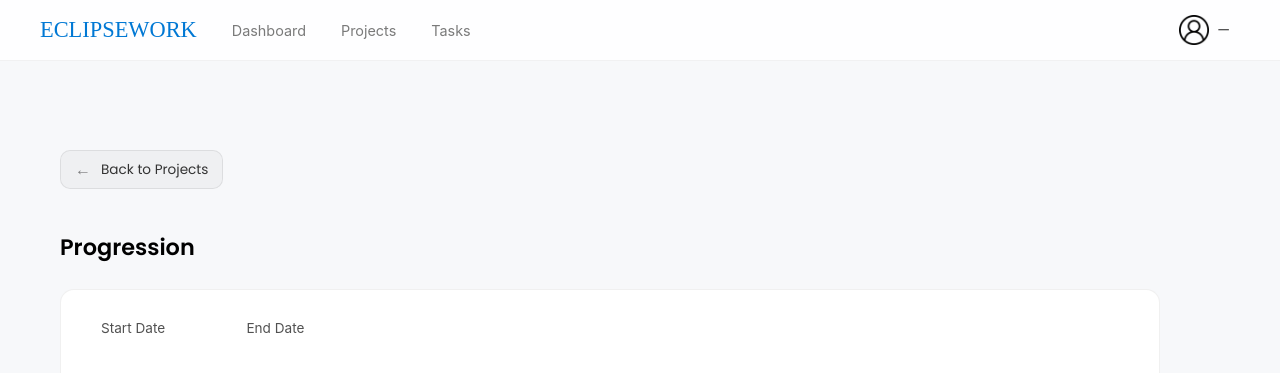
Repository: lynaannou/work-management-app
Page: src/main/resources/ressources/view/workspace.html
An editor plug-in stored every save of this project. The page is shown before and after a run of saves, followed by the edit.
The browser window is 1280 px wide. The pictures show the whole page.
Some web fonts or font styles are not loaded; a fallback is used.

Above is the page before, as saved 2025-12-25 11:17:44.

### src/main/resources/ressources/view/workspace.html
<!DOCTYPE html>
<html lang="fr">
<head>
    <meta charset="UTF-8" />
    <meta name="viewport" content="width=device-width, initial-scale=1.0" />
    <title>ECLIPSEWORK</title>
    <link rel="stylesheet" href="workspace.css" />
</head>

<body>

<!-- =====================================================
     REQUIRED ENTRY POINT FOR JAVA
     DO NOT RENAME
===================================================== -->
<script>
window.loadDashboard = function (data) {
    console.log("✅ loadDashboard CALLED");
    console.log(data);

    if (!data || !data.workspace) {
        console.error("❌ Invalid dashboard payload", data);
        return;
    }

    /* ===============================
       USER NAME
    =============================== */
    const userNameEl = document.querySelector(".user-name");
    if (data.leader && data.leader.firstName && data.leader.lastName) {
        userNameEl.textContent =
            data.leader.firstName + " " + data.leader.lastName;
    } else {
        userNameEl.textContent = "User";
    }

    /* ===============================
       EDIT BUTTON (ROLE-BASED)
    =============================== */
    requestAnimationFrame(() => {
        const editBtn = document.querySelector(".edit-btn");

        console.log("🔴 currentUserRole =", data.currentUserRole);

        if (!editBtn) {
            console.error("❌ edit-btn not found");
            return;
        }

        if (data.currentUserRole === "LEAD") {
            editBtn.style.display = "inline-flex";
            console.log("✏️ Edit button SHOWN");
        } else {
            editBtn.style.display = "none";
            console.log("🚫 Edit button hidden");
        }
    });

    /* ===============================
       TITLE
    =============================== */
    document.querySelector(".workspace-title").textContent =
        "Progression — " + data.workspace.name;

    /* ===============================
       TASKS
    =============================== */
    const tasksList = document.querySelector(".tasks-list");
    tasksList.innerHTML = "";

    if (!data.tasks || data.tasks.length === 0) {
        tasksList.innerHTML = "<p>No tasks available</p>";
        return;
    }

    data.tasks.forEach((task, i) => {
        const row = document.createElement("div");
        row.className = "task-row";

        const bar = document.createElement("div");
        bar.className = "task-bar";
        bar.textContent = task.title || "Untitled task";

        if (data.startPcts && data.endPcts) {
            bar.style.setProperty("--start", (data.startPcts[i] || 0) + "%");
            bar.style.setProperty("--end", (data.endPcts[i] || 0) + "%");
        }

        row.appendChild(bar);
        tasksList.appendChild(row);
    });

    /* ===============================
       TIMELINE
    =============================== */
    const header = document.querySelector(".chart-header");

    const keepStart = header.children[0];
    const keepEnd = header.children[header.children.length - 1];

    while (header.children.length > 2) {
        header.removeChild(header.children[1]);
    }

    if (data.dateLabels && data.dateLabels.length > 0) {
        data.dateLabels.forEach(date => {
            const span = document.createElement("span");
            span.textContent = date;
            header.insertBefore(span, keepEnd);
        });
    }
};
</script>

<!-- =========================
     HEADER / NAVBAR
========================= -->
<header>
    <div class="left-zone">
        <h1 class="logo-title">ECLIPSEWORK</h1>

        <nav>
            <a href="#" onclick="goDashboard()">Dashboard</a>
            <a href="#" onclick="goProjects()">Projects</a>
            <a href="#" onclick="goTasks()">Tasks</a>
        </nav>
    </div>

    <div class="user-zone">
        <img src="user.png" class="user-icon" />
        <span class="user-name">—</span>
    </div>
</header>

<!-- =========================
     MAIN CONTENT
========================= -->
<section class="workspace-container">
    <button class="back-btn" onclick="goProjects()">Back to Projects</button>

    <div class="workspace-actions">
        <button class="edit-btn" onclick="editProject()" style="display:none;">
            ✎ Edit Project
        </button>
    </div>

    <h2 class="workspace-title">Progression</h2>

    <div class="chart-container">
        <div class="chart-header">
            <span>Start Date</span>
            <span>End Date</span>
        </div>
        <div class="tasks-list"></div>
    </div>
</section>

<!-- =========================
     NAVIGATION
========================= -->
<script>
function goProjects() {
    if (window.java?.goProjects) window.java.goProjects();
}
function goDashboard() {
    if (window.java?.goDashboard) window.java.goDashboard();
}
function goTasks() {
    if (window.java?.goTasks) window.java.goTasks();
}

function editProject() {
    if (window.java?.navigateTo) {
        window.java.navigateTo("project-form.html");
    }
}
</script>

</body>
</html>

### src/main/resources/ressources/view/workspace.css
@import url('https://fonts.googleapis.com/css2?family=Poppins:wght@300;400;600&display=swap');
@import url('https://fonts.googleapis.com/css2?family=Italiana&display=swap');

/* ===============================
   GLOBAL
================================ */

body {
    margin: 0;
    font-family: 'Inter', sans-serif;
    color: #111;
    background: #f7f8fa; /* clean white / projects vibe */
}

/* ===============================
   HEADER
================================ */

header {
    position: fixed;
    top: 0;
    left: 0;
    width: 100vw;
    height: 60px;
    padding: 0 40px;

    display: flex;
    justify-content: space-between;
    align-items: center;

    background: rgba(255, 255, 255, 0.85);
    backdrop-filter: blur(6px);

    border-bottom: 1px solid rgba(0, 0, 0, 0.05);
    z-index: 100;
}

header .logo-title {
    font-family: 'Italiana', serif;
    font-weight: 400;
    font-size: 1.4rem;
    color: #0078D4;
}

.left-zone {
    display: flex;
    align-items: center;
    gap: 35px;
}

nav {
    display: flex;
    align-items: center;
    gap: 35px;
}

nav a {
    font-family: 'Inter', sans-serif;
    font-size: 0.9rem;
    text-decoration: none;
    color: #333;
    opacity: 0.65;
    transition: opacity 0.2s ease;
}

nav a:hover {
    opacity: 1;
}

.user-zone {
    display: flex;
    align-items: center;
    gap: 8px;
    position: relative;
    left: -90px;
}

.user-icon {
    width: 30px;
    height: 30px;
}

.user-name {
    font-family: 'Poppins', sans-serif;
    font-size: 0.9rem;
    color: #000;
    opacity: 0.8;
}

/* ===============================
   WORKSPACE CONTAINER
================================ */

.workspace-container {
    margin-top: 110px;
    padding: 40px 60px;
    color: #000;
    max-width: 1100px;
}

/* ===============================
   BACK BUTTON
================================ */

.back-btn {
    display: inline-flex;
    align-items: center;
    gap: 10px;

    margin-bottom: 22px;
    padding: 6px 14px;

    background: rgba(0, 0, 0, 0.03);
    color: #333;

    border: 1px solid rgba(0, 0, 0, 0.08);
    border-radius: 10px;

    font-family: 'Poppins', sans-serif;
    font-size: 0.85rem;
    font-weight: 500;

    cursor: pointer;
    transition: background 0.2s ease, color 0.2s ease, transform 0.15s ease;
}

.back-btn:hover {
    background: rgba(0, 0, 0, 0.06);
    color: #000;
}

.back-btn:active {
    transform: translateX(-2px);
}

.back-btn::before {
    content: "←";
    font-size: 1rem;
    opacity: 0.6;
}

/* ===============================
   WORKSPACE TITLE
================================ */

.workspace-title {
    font-family: 'Poppins', sans-serif;
    font-size: 1.4rem;
    font-weight: 600;
    margin-bottom: 25px;
}

/* ===============================
   CHART / PROGRESSION
================================ */

.chart-container {
    background: #ffffff;
    border-radius: 14px;
    padding: 30px 40px;

    border: 1px solid rgba(0, 0, 0, 0.06);
}

/* Timeline header */
.chart-header {
    display: grid;
    grid-template-columns: repeat(7, 1fr);
    font-size: 0.85rem;
    color: #333;
    opacity: 0.85;
    margin-bottom: 25px;
}

/* ===============================
   TASKS
================================ */

.tasks-list {
    display: flex;
    flex-direction: column;
    gap: 28px;
}

.task-row {
    position: relative;
    width: 100%;
    height: 26px;
}

.task-bar {
    position: absolute;
    top: 0;
    height: 100%;
    border-radius: 8px;

    background: linear-gradient(to right, #41b36e, #7ddf9e);

    color: #ffffff;
    font-size: 0.8rem;
    font-weight: 500;
    text-align: center;
    line-height: 26px;

    left: var(--start);
    width: calc(var(--end) - var(--start));

    transition: transform 0.2s ease;
}

.task-bar:hover {
    transform: scaleY(1.05);
}
/* ===============================
   WORKSPACE ACTIONS
================================ */
.workspace-actions {
    display: flex;
    justify-content: flex-end;
    margin-bottom: 12px;
}

.edit-btn {
    padding: 8px 14px;
    border-radius: 8px;

    border: 1px solid #2563eb;
    background: #ffffff;
    color: #2563eb;

    font-size: 13px;
    font-weight: 600;
    cursor: pointer;

    transition: all 0.2s ease;
}

.edit-btn:hover {
    background: #2563eb;
    color: #ffffff;
}

.edit-btn:active {
    transform: scale(0.97);
}

After the next 2 saves:
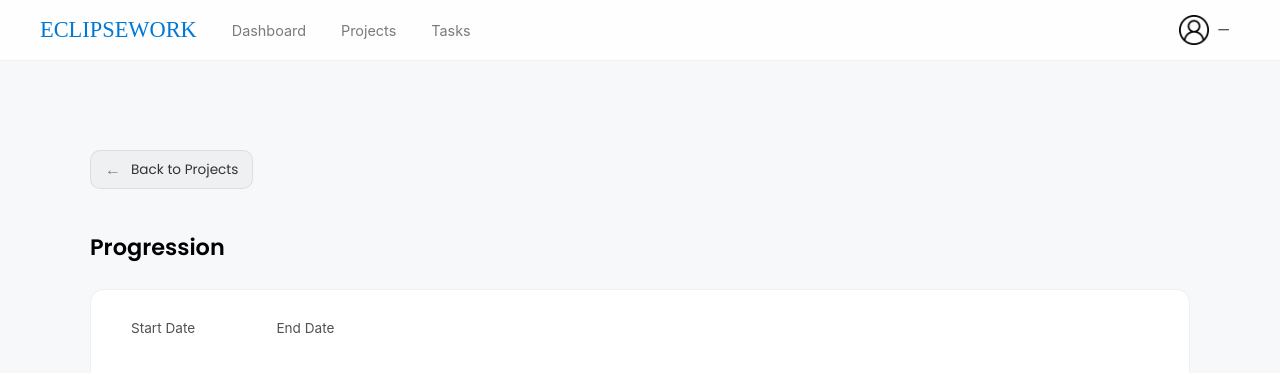
The 2 saves are shown as one change because they came seconds apart.
The last was saved 8 min 27 s later.
--- a/src/main/resources/ressources/view/workspace.css
+++ b/src/main/resources/ressources/view/workspace.css
@@ -92,11 +92,12 @@ nav a:hover {
 ================================ */
 
 .workspace-container {
-    margin-top: 110px;
+    margin: 110px auto 0 auto;
     padding: 40px 60px;
     color: #000;
     max-width: 1100px;
 }
+
 
 /* ===============================
    BACK BUTTON
